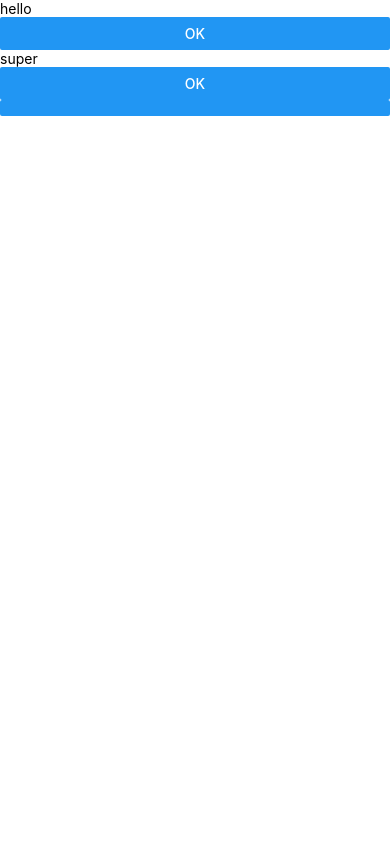
Repository: vsangavi/ReactNative-Form
Screen: /
An editor plug-in stored every save of this project. The screen is shown before and after a run of saves, followed by the edit.
The app was drawn by React Native's web renderer in a window 390 px wide. The project was rebuilt for these pictures with package versions that can differ from the ones it lists, and the page was loaded fresh each time.

Above is the screen before, as saved 2020-10-02 08:07:06.

### App.js
/**
 * Sample React Native App
 * https://github.com/facebook/react-native
 *
 * @format
 * @flow strict-local
 */

import React, {Component} from 'react';
import {
  AppRegistry,
  SafeAreaView,
  StyleSheet,
  ScrollView,
  View,
  TextInput,
  Text,
  StatusBar,
  Button,
} from 'react-native';

import {
  Header,
  LearnMoreLinks,
  Colors,
  DebugInstructions,
  ReloadInstructions,
} from 'react-native/Libraries/NewAppScreen';
import Input from './Input';

// const App: () => React$Node = () => {
//   const [name, setname] = useState('');
//   const [password, setpassword] = useState('');

//   return (
//     <View>
//       <Input
//         placeholder={'hello'}
//         value={name}
//         onChangeText={(text) => setname(text)}
//         type="text"
//       />
//       <Input
//         placeholder={'super'}
//         type="password"
//         value={password}
//         secureTextEntry
//         onChangeText={(text) => setpassword(text)}
//       />
//       <Input placeholder={'Fabulous'} />
//     </View>
//   );
// };
class App extends Component {
  constructor(props) {
    super();
    this.state = {
      name: '',
      password: '',
    };
  }
  render() {
    return (
      <View>
        <Input
          placeholder={'hello'}
          value={this.state.name}
          onChangeText={(text) => this.setState({name: text})}
          type="text"
        />
        <Input
          placeholder={'super'}
          secureTextEntry
          value={this.state.password}
          onChangeText={(text) => this.setState({password: text})}
        />
        <Button title=""></Button>
      </View>
    );
  }
}

const styles = StyleSheet.create({
  scrollView: {
    backgroundColor: Colors.lighter,
  },
  engine: {
    position: 'absolute',
    right: 0,
  },
  body: {
    backgroundColor: Colors.white,
  },
  sectionContainer: {
    marginTop: 32,
    paddingHorizontal: 24,
  },
  sectionTitle: {
    fontSize: 24,
    fontWeight: '600',
    color: Colors.black,
  },
  sectionDescription: {
    marginTop: 8,
    fontSize: 18,
    fontWeight: '400',
    color: Colors.dark,
  },
  highlight: {
    fontWeight: '700',
  },
  footer: {
    color: Colors.dark,
    fontSize: 12,
    fontWeight: '600',
    padding: 4,
    paddingRight: 12,
    textAlign: 'right',
  },
});

export default App;

### Input.js
import React, {useState} from 'react';
import {
  SafeAreaView,
  StyleSheet,
  ScrollView,
  View,
  Alert,
  TextInput,
  Text,
  StatusBar,
  Button,
} from 'react-native';
const Input = (props) => {
  let {value, placeholder, onChangeText, type} = props;
  const createTwoButtonAlert = () =>
    Alert.alert(
      'Alert Title',
      [
        {
          text: 'Cancel',
          onPress: () => console.log('Cancel Pressed'),
          style: 'cancel',
        },
        {text: 'OK', onPress: () => console.log('OK Pressed')},
      ],
      {cancelable: false},
    );

  return (
    <View>
      <TextInput
        value={value}
        placeholder={placeholder}
        onChangeText={onChangeText}
        type={type}
        {...props}
      />
      <Button title="ok" onPress={() => console.log(value)}></Button>
    </View>
  );
};
export default Input;

After the next 2 saves:
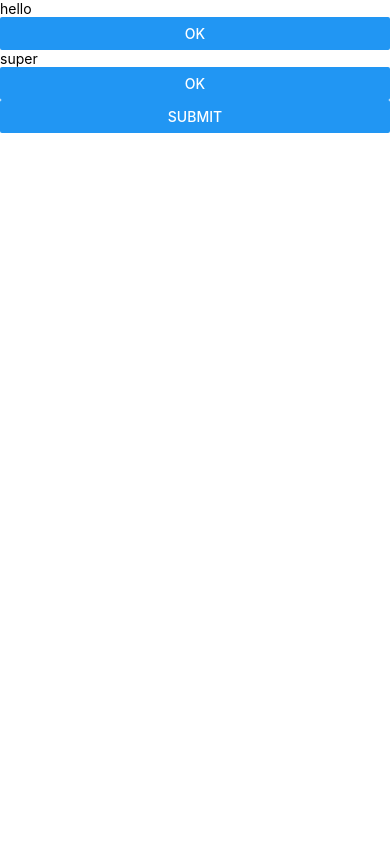
The 2 saves are shown as one change because they came seconds apart.
The last was saved 6 s later.
--- a/App.js
+++ b/App.js
@@ -74,7 +74,7 @@ class App extends Component {
           value={this.state.password}
           onChangeText={(text) => this.setState({password: text})}
         />
-        <Button title=""></Button>
+        <Button title="Submit"></Button>
       </View>
     );
   }
